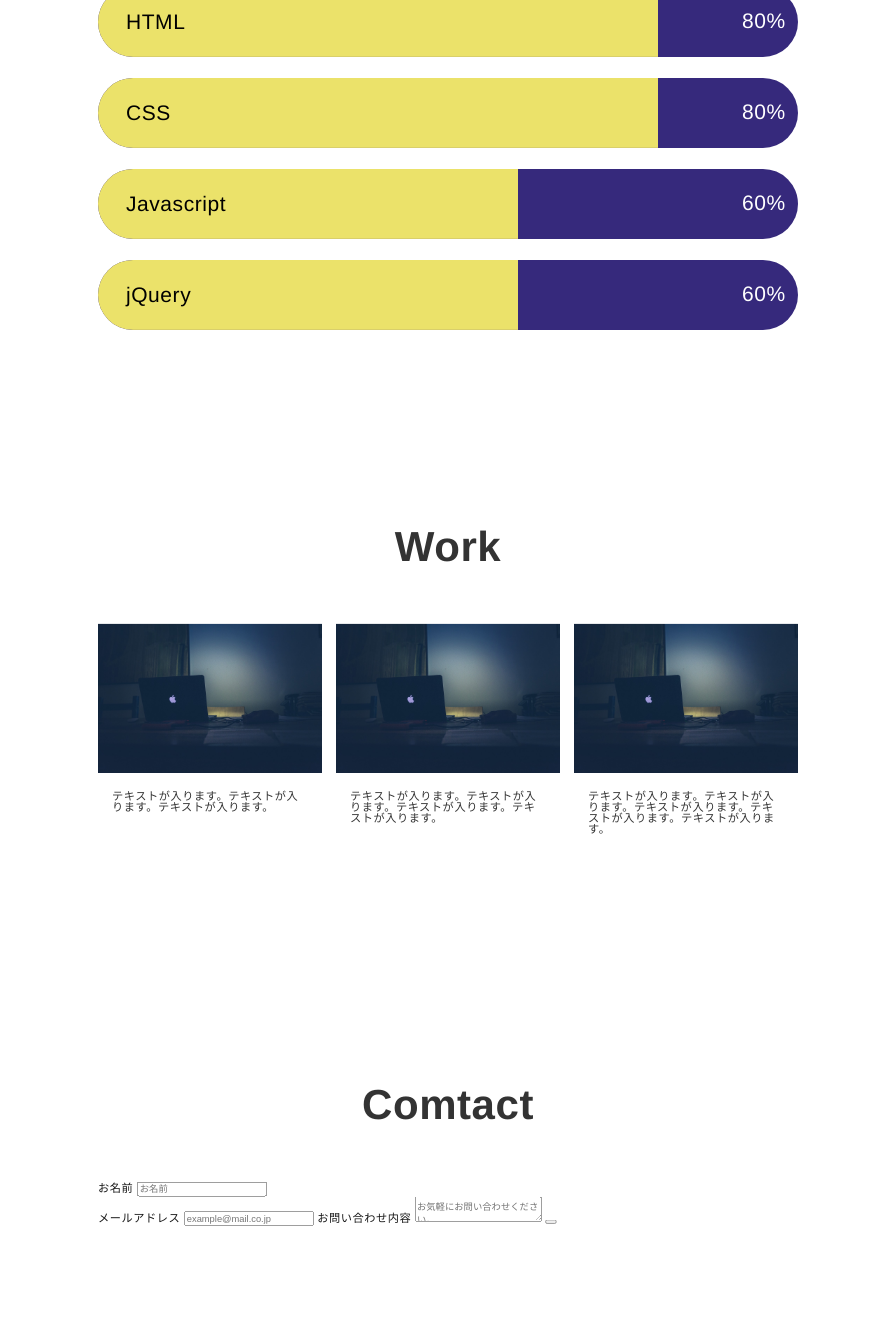
Repository: sadayuki15/portfolio
Page: index.html
These files come from the project's save history. The page is drawn as it stood at one moment and after a run of saves; the edit follows.
The browser window is 1280 px wide. The pictures show the part of the page from y = 1895 to 3815 px (the page is 3797 px tall before and 3815 px after), at 70% of full size.

Above is the page before, as saved 2021-04-22 21:27:41.

### index.html
<!DOCTYPE html>
<html lang="ja">
<head>
  <meta charset="UTF-8">
  <meta http-equiv="X-UA-Compatible" content="IE=edge">
  <meta name="viewport" content="width=device-width, initial-scale=1.0">
  <link rel="stylesheet" href="./css/reset.css">
  <link rel="stylesheet" href="./css/style.css">
  <title>Document</title>
</head>
<body>
  <!-- header -->
  <header class="header">
    <div class="header-inner">
      <h1 class="header-title">PortFolio</h1>
      <nav class="header-nav">
        <ul class="nav-list">
          <li class="nav-item"><a href="#">Home</a></li>
          <li class="nav-item"><a href="#">About</a></li>
          <li class="nav-item"><a href="#">Skil</a></li>
          <li class="nav-item"><a href="#">Work</a></li>
          <li class="nav-item"><a href="#">Contact</a></li>
        </ul>
      </nav>
    </div>
  </header>
  <!-- //header -->

  <main>
  <!-- fv -->
  <div class="fv">
    <div class="main-copy">
      <p class="main-title">
        SADAYUKI<br>
        NISIYAMA
      </p>
    </div>
  </div>
  <!-- //fv -->

  <!-- About -->
  <div class="section-wrapper">
    <h2 class="section-title">ABOUT</h2>
    <div class="section-inner about">
      <div class="about-img-wrapper">
        <img src="" alt="">
      </div>
      <div class="about-contents">
        <p class="about-text">
          はじめまして、西山禎侑と申します。
        </p>
        <p class="about-text">
          1986年生まれ。鳥取県八頭郡出身。
        </p>
        <p class="about-text">
          地元の大学卒業後、民間企業へ入社。11年間、個人から法人までの営業、事務、企画等（主に金融業務）を経験し退職。
        </p>
        <p class="about-text">
          2021年2月より完全未経験からプログラミングを学習し、フリーランスエンジニアを目指し新たな道へ挑戦。
        </p>
        <p class="about-text">
          目指すは「頼んで良かった」、「またお願いしたい」と言われる人材に。
        </p>
        <p class="about-text">
          コーディング、Webサイト制作のお仕事が可能です。<br>
          お仕事のご相談等、お気軽にお問い合わせ下さい。
        </p>
        <p class="about-text">
          何卒、よろしくお願い致します。
        </p>
      </div>
    </div>
  </div>
  <!-- //About -->

  <!-- skil -->
  <div class="section-wrapper">
    <h2 class="section-title">Skil</h2>
    <div class="section-inner">
      <div class="chart">
        <div id="board">
          <div class="row">
            <span class="label">HTML</span>
            <div class="bar-wrap">
              <div class="bar" data-value="80"></div>
            </div>
            <span class="number">80%</span>
          </div><!-- row -->
          <div class="row">
            <span class="label">CSS</span>
            <div class="bar-wrap">
              <div class="bar" data-value="80"></div>
            </div>
            <span class="number">80%</span>
          </div><!-- row -->
          <div class="row">
            <span class="label">Javascript</span>
            <div class="bar-wrap">
              <div class="bar" data-value="60"></div>
            </div>
            <span class="number">60%</span>
          </div><!-- row -->
          <div class="row">
            <span class="label">jQuery</span>
            <div class="bar-wrap">
              <div class="bar" data-value="60"></div>
            </div>
            <span class="number">60%</span>
          </div><!-- row -->
        </div><!-- board -->
      </div><!-- chart -->
    </div>
  </div>
  <!-- //skil -->

  <!-- works -->
  <div class="section-wrapper">
    <h2 class="section-title">Work</h2>
    <div class="section-inner">
      <ul class="work-list">
        <li class="work-item">
          <a href="">
            <div class="work-img">
              <img src="./img/top2.jpg" alt="">
            </div>
            <p class="work-text">テキストが入ります。テキストが入ります。テキストが入ります。</p>
          </a>
        </li>
        <li class="work-item">
          <a href="">
            <div class="work-img">
              <img src="./img/top2.jpg" alt="">
            </div>
            <p class="work-text">テキストが入ります。テキストが入ります。テキストが入ります。テキストが入ります。</p>
          </a>
        </li>
        <li class="work-item">
          <a href="">
            <div class="work-img">
              <img src="./img/top2.jpg" alt="">
            </div>
            <p class="work-text">テキストが入ります。テキストが入ります。テキストが入ります。テキストが入ります。テキストが入ります。</p>
          </a>
        </li>
      </ul>
    </div>
  </div>
  <!-- //works -->

  <!-- contact -->
  <div class="section-wrapper">
    <h2 class="section-title">Comtact</h2>
    <div class="section-inner">
      <form action="https://docs.google.com/forms/u/0/d/e/1FAIpQLSfCjsqzzj8C34UUE0Mi2WnerATBCsd4cWR83YcoPwhWItEpFQ/formResponse">
        <ul class="contact-list">
          <li class="contact-item">
            <label for="name">お名前</label>
            <input id="name" type="text" name="entry.32834570" placeholder="お名前">
          </li>
          <li class="contact-item">

          </li>
          <li class="contact-item">

          </li>
        </ul>
        <label for="email">メールアドレス</label>
        <input id="email" type="text" name="entry.303714741" placeholder="example@mail.co.jp">
        <label for="msg">お問い合わせ内容</label>
        <textarea id="msg" name="entry.1496098719" placeholder="お気軽にお問い合わせください。"></textarea>
        <button type="submit" name="button" value="送信"></button>
      </form>
    </div>
  </div>
  <!-- //contact -->







  </main>



  <script src="jquery-3.6.0.min.js"></script>
  <script src="index.js"></script>
</body>
</html>

### css/style.css
html {
  font-size: 62.5%;
}
body {
  font-size: 1.6rem;
  letter-spacing: .05em;
  color: #171717;
  font-family: Helvetica, '游ゴシック', 'Yu Gothic', YuGothic, HiraKakuProN-W3, 'メイリオ', Meiryo, sans-serif;
}
ul {
  text-decoration: none;
}
li {
  list-style: none;
}
a {
  text-decoration: none;
}
img {
  width: 100%;
  vertical-align: bottom;
}
/*-------共通-------*/
.section-wrapper {
  padding: 100px 0 100px;
  margin-bottom: 50px;
}
.section-title{
  max-width: 1000px;
  color: #333;
  font-size: 6rem;
  margin: 0 auto 80px;
  padding: 0 30px;
  text-align: center;
}
.section-inner {
  max-width: 1000px;
  margin: 0 auto;
  padding: 0 50px;
}


/*-------header-------*/
.header {
  width: 100%;
  padding: 19px 30px;
  position: absolute;
  top: 0;
  left: 0;
  z-index: 1;
  transition: .3s;
  color: #fff;
  box-sizing: border-box;
}
.header-inner {
  max-width: 1200px;
  margin: 0 auto;
  display: flex;
  justify-content: space-between;
  align-items: center;
  box-sizing: border-box;
}
.header-title {
  font-size: 2.6rem;
}
.nav-list {
  display: flex;
}
.nav-item a {
  display: block;
  color: #fff;
  font-weight: bold;
  text-decoration: none;
  transition: .3s;
}
.nav-item {
  margin-right: 30px;
}
.nav-item:last-of-type {
  margin-right: 0;
}
.nav-item a:hover {
  opacity: .7;
  transition: .3s;
  text-decoration: 3px underline;
}

/*-------fv-------*/
.fv {
  width: 100%;
  height: 100vh;
  min-height: 550px;
  background-image: url(../img/fv-top.jpg);
  background-size: cover;
  background-position: center;
  /* position: relative; */
}
.main-copy {
  position: absolute;
  bottom: 155px;
  left: 120px;
  color: #fff;
  font-weight: bold;
}
.main-title{
  font-size: 15rem;
  text-align: center;
}

.about{
  display: flex;
  justify-content: space-between;
  align-items: center;
}
.about-img-wrapper {
  max-width: 480px;
}
.about-text {
  max-width: 480px;
  margin-bottom: 30px;
  line-height: 1.8;
  font-weight: bold;
}

/*-------skil-------*/
.content {
  width: 100%;
  height: 200px;
  line-height: 200px;
  text-align: center;
}
.chart {
  max-width: 1000px;
  margin: 0 auto;
}
.chart .row {
  position: relative;
  height: 100px;
  margin-bottom: 25px;
}
.chart .row span {
  color: #000;
  font-size: 1.8rem;
}
.chart .row span.label {
  position: absolute;
  top: 35px;
  left: 3%;
  padding-left: 10px;
  text-align: left;
  line-height: 30px;
  z-index: 10;
}
.chart .row .bar-wrap {
  position: relative;
  background: #36297c;
  width: 100%;
  height: 100%;
  overflow: hidden;
  border-radius: 50px;
}
.chart .row .bar-wrap .bar {
  position: absolute;
  top: 0;
  left: 0;
  height: 100%;
  background: #ebe26a;
  transition: all 1s;
  transform: translateX(-100%);
}
.chart .row .bar-wrap .bar.no {
  transform: translateX(0%);
}
.chart .row span.number {
  position: absolute;
  top: 35px;
  right: 3%;
  width: 40px;
  padding-right: 10px;
  text-align: right;
  line-height: 28px;
  z-index: 10;
  color: #fff;
}

/*-------work-------*/
.work-list {
  max-width: 1000px;
  margin: 0 auto 80px;
  display: flex;
  justify-content: space-between;
}
.work-item {
  width: 32%;
}
.work-item a {
  color: #333;
}
.work-text {
  padding: 25px 20px;
}



/*-------media-------*/
@media screen and (min-width: 1000px) {
  .chart .row {
    margin-bottom: 30px;
  }
  .chart .row span {
    color: #000;
    font-size: 3rem;
  }
}

@media screen and (max-width: 1000px) {
  .chart .row {
    margin-bottom: 30px;
  }
  .chart .row span {
    color: #000;
    font-size: 3vw;
  }
}

### index.js
function generateChart(wrapper) {
  let values = [];

  $(wrapper + ' .bar').each(function(index, el) {
    values.push($(this).data('value'));
  });

  $(wrapper + ' .bar').each(function(index, el) {
    let bar = $(this);
    let value = bar.data('value');

    bar.width(value + '%');

    let board = $('#board');
    let boardO = board.offset().top;
    let boardH = board.height();
    let windowH = $(window).height();
    let windowS = $(window).scrollTop();

    if(windowS > boardO - windowH + (windowH / 2) && windowS < boardO + boardH - (boardH / 2)){
      bar.addClass('no');
    }
  });
}

$(window).on('scroll', function(event) {
  generateChart('#board');
});

Loaded but not shown: css/reset.css (common file); jquery-3.6.0.min.js (library)

After the next 2 saves:
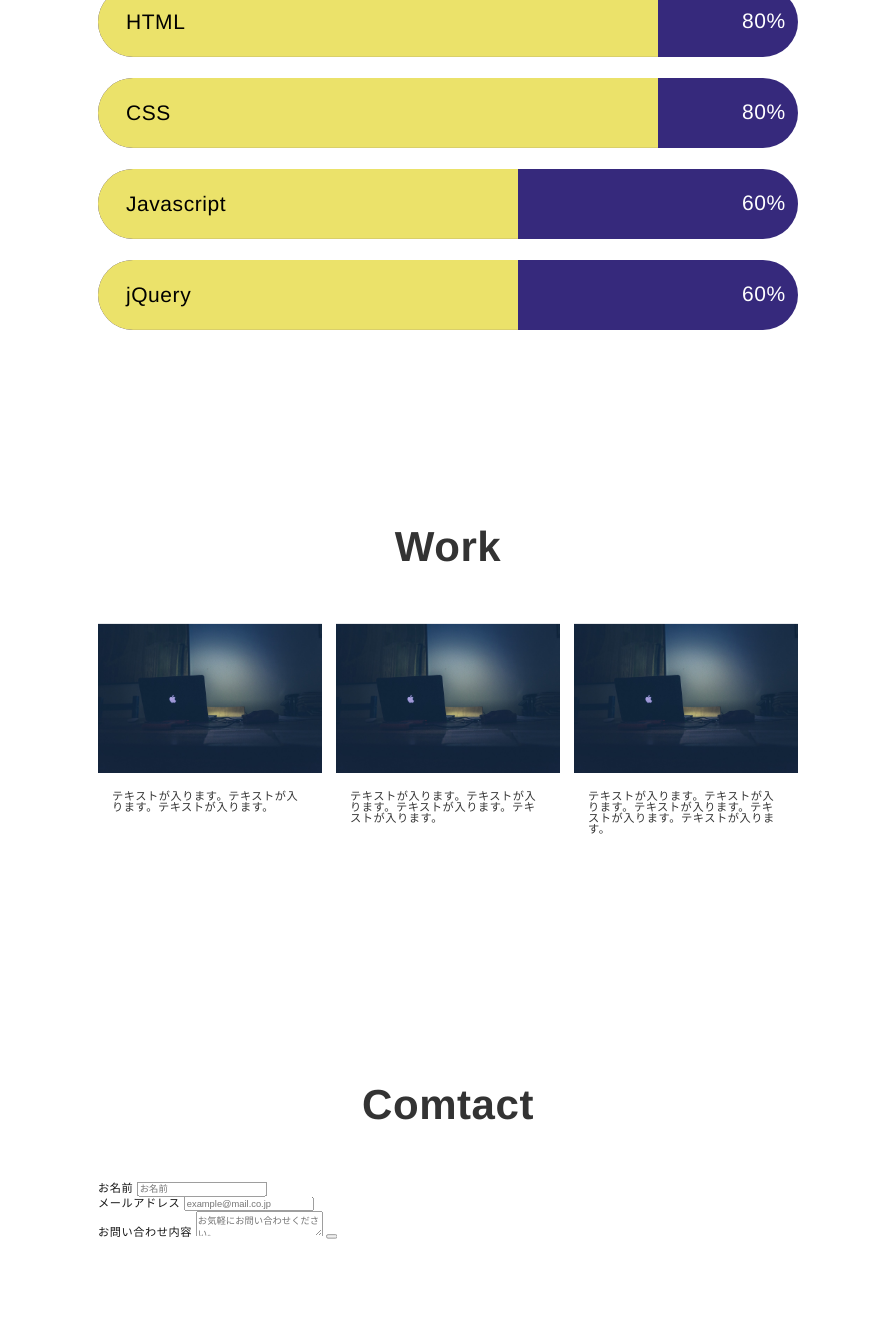
The 2 saves are shown as one change because they came seconds apart.
The last was saved 11 s later.
--- a/index.html
+++ b/index.html
@@ -158,14 +158,13 @@
             <input id="name" type="text" name="entry.32834570" placeholder="お名前">
           </li>
           <li class="contact-item">
-
+            <label for="email">メールアドレス</label>
+            <input id="email" type="text" name="entry.303714741" placeholder="example@mail.co.jp">
           </li>
           <li class="contact-item">
 
           </li>
         </ul>
-        <label for="email">メールアドレス</label>
-        <input id="email" type="text" name="entry.303714741" placeholder="example@mail.co.jp">
         <label for="msg">お問い合わせ内容</label>
         <textarea id="msg" name="entry.1496098719" placeholder="お気軽にお問い合わせください。"></textarea>
         <button type="submit" name="button" value="送信"></button>
